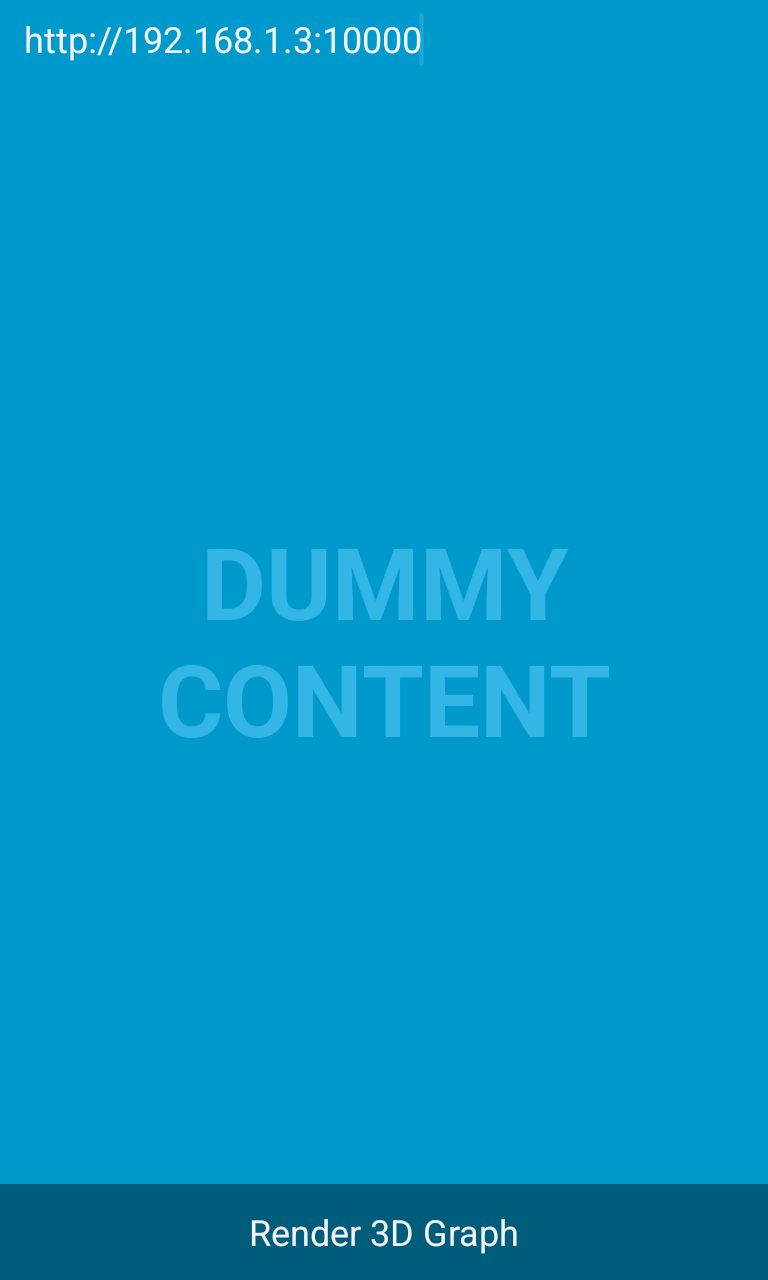
Repository: favreau/Sol-R-Android
Layout: RaytracerClient/res/layout/activity_fullscreen.xml
The author's editor kept a copy of each file at every save. The layout is drawn from the files as they stood at one save, then again after the next save.
It is drawn on a 768 x 1280 px phone screen (xhdpi) without system bars, with theme FullscreenTheme; the app's code is not run.

Above is the layout before, as saved 2013-05-04 19:08:41.

After the next save:
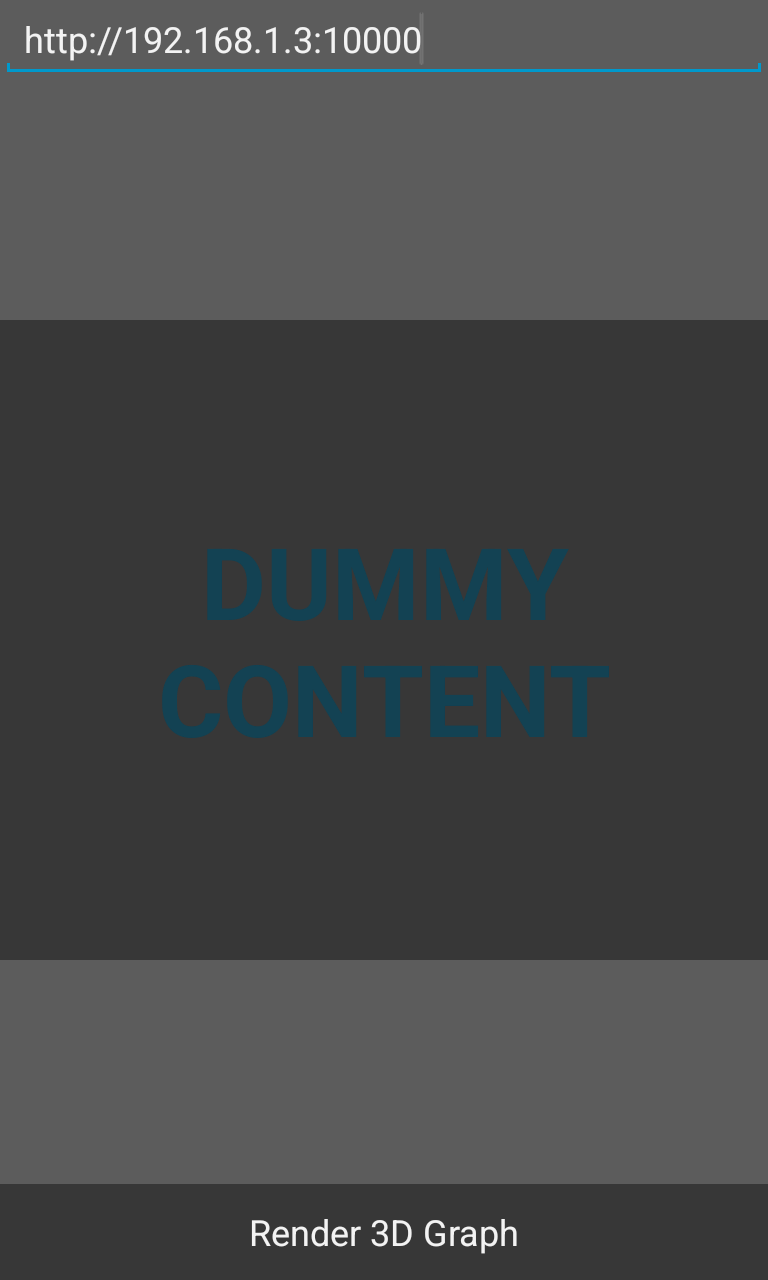
Saved 104 s later.
--- a/RaytracerClient/res/layout/activity_fullscreen.xml
+++ b/RaytracerClient/res/layout/activity_fullscreen.xml
@@ -2,7 +2,7 @@
     xmlns:tools="http://schemas.android.com/tools"
     android:layout_width="match_parent"
     android:layout_height="match_parent"
-    android:background="#0099cc"
+    android:background="@color/black_overlay"
     tools:context=".FullscreenActivity" >
 
     <!--
@@ -30,6 +30,7 @@
     <FrameLayout
         android:layout_width="match_parent"
         android:layout_height="match_parent"
+        android:background="@color/black_overlay"
         android:fitsSystemWindows="true" >
 
         <LinearLayout
@@ -55,7 +56,8 @@
             android:id="@+id/imageView"
             android:layout_width="match_parent"
             android:layout_height="320dp"
-            android:layout_gravity="center" />
+            android:layout_gravity="center"
+            android:background="@color/black_overlay" />
 
         <EditText
             android:id="@+id/etURL"
